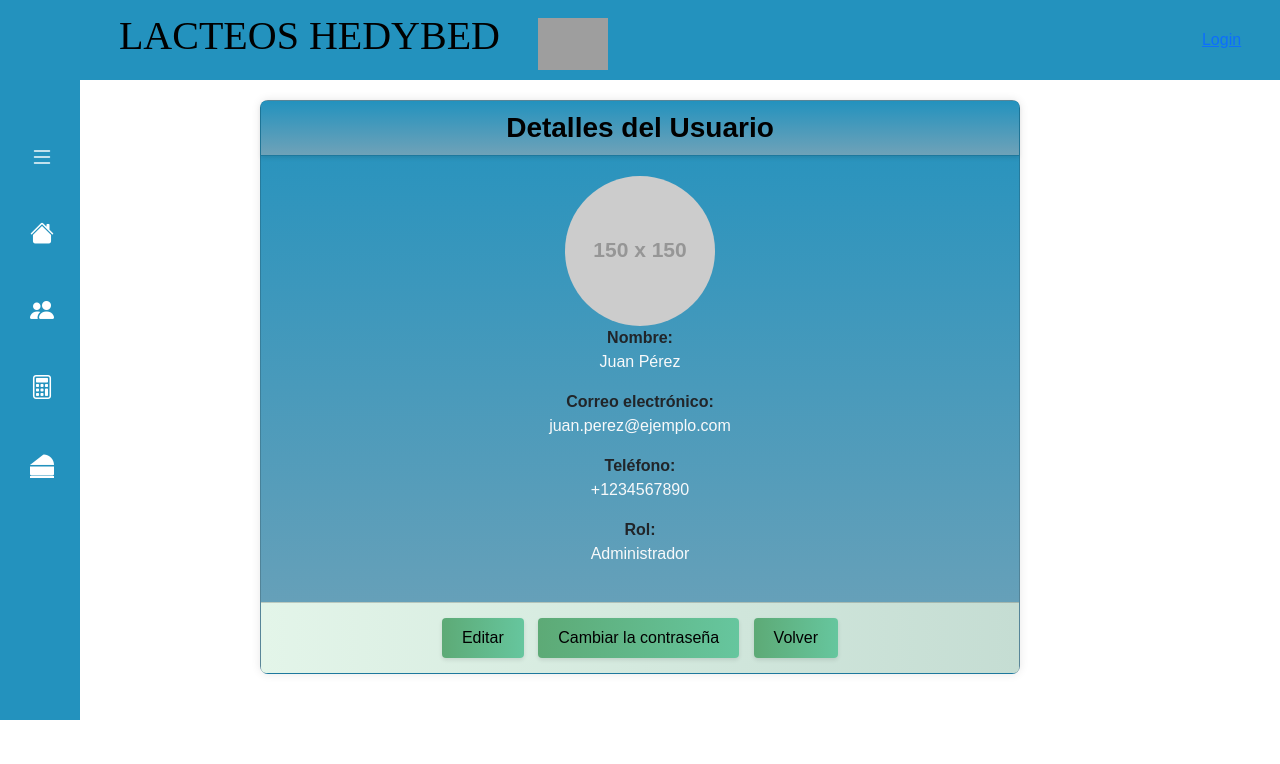
Repository: danielsanz08/RENDER
Page: http://localhost/ver_perfil/
An editor plug-in stored every save of this project. The page is shown before and after a run of saves, followed by the edit.
The browser window is 1280 px wide. The pictures show the whole page.
Pictures or frames that could not be fetched are drawn as grey boxes. The page is served by the project's application, run on Django 4.2 (manage.py).

Above is the page before, as saved 2024-08-05 16:24:16.
Console error: TypeError: Cannot read properties of null (reading 'addEventListener')

After the next 4 saves:
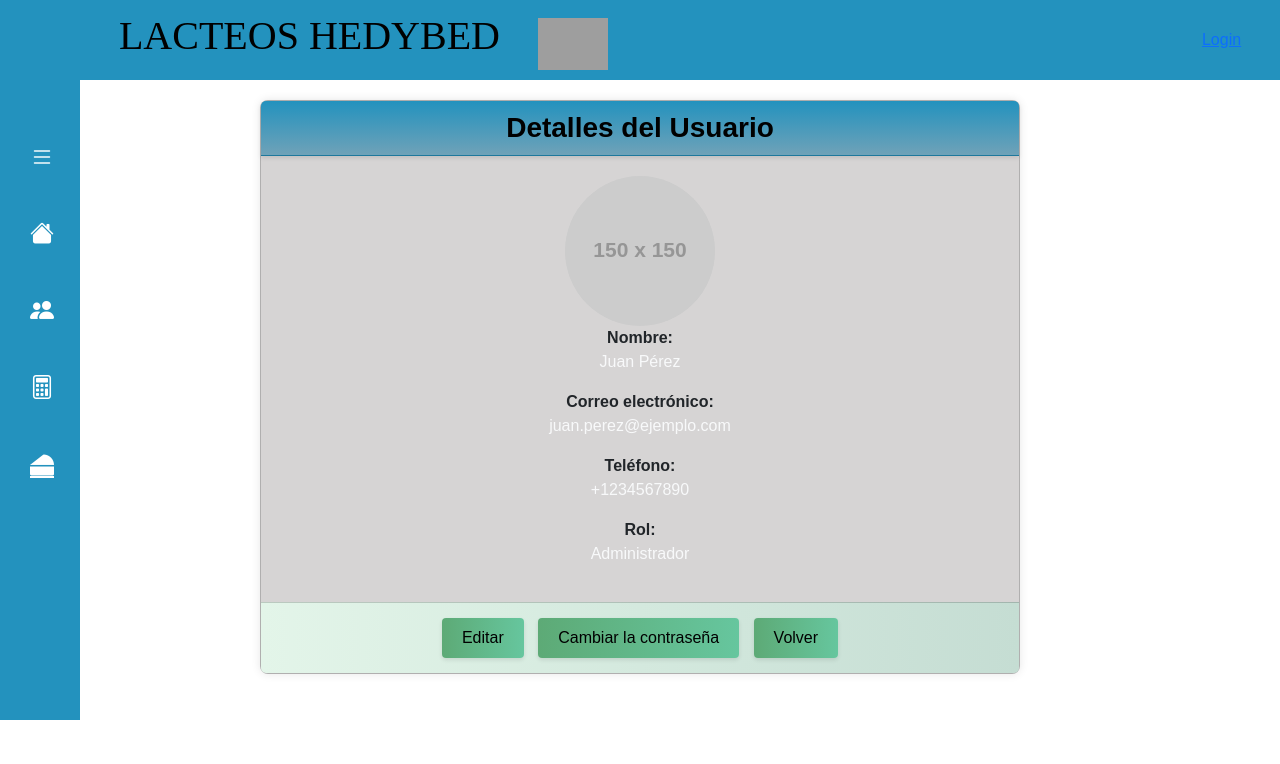
The 4 saves are shown as one change because they came seconds apart.
The last was saved 22 s later.
--- a/libreria/static/css/ver_perfil.css
+++ b/libreria/static/css/ver_perfil.css
@@ -7,7 +7,7 @@
 }
 
 .card {
-    background: linear-gradient(to bottom, #2392be, #6fa2b8);
+    background-color: rgb(214, 212, 212);
     border-radius: 8px;
     box-shadow: 0 0 10px rgba(0, 0, 0, 0.1);
 
